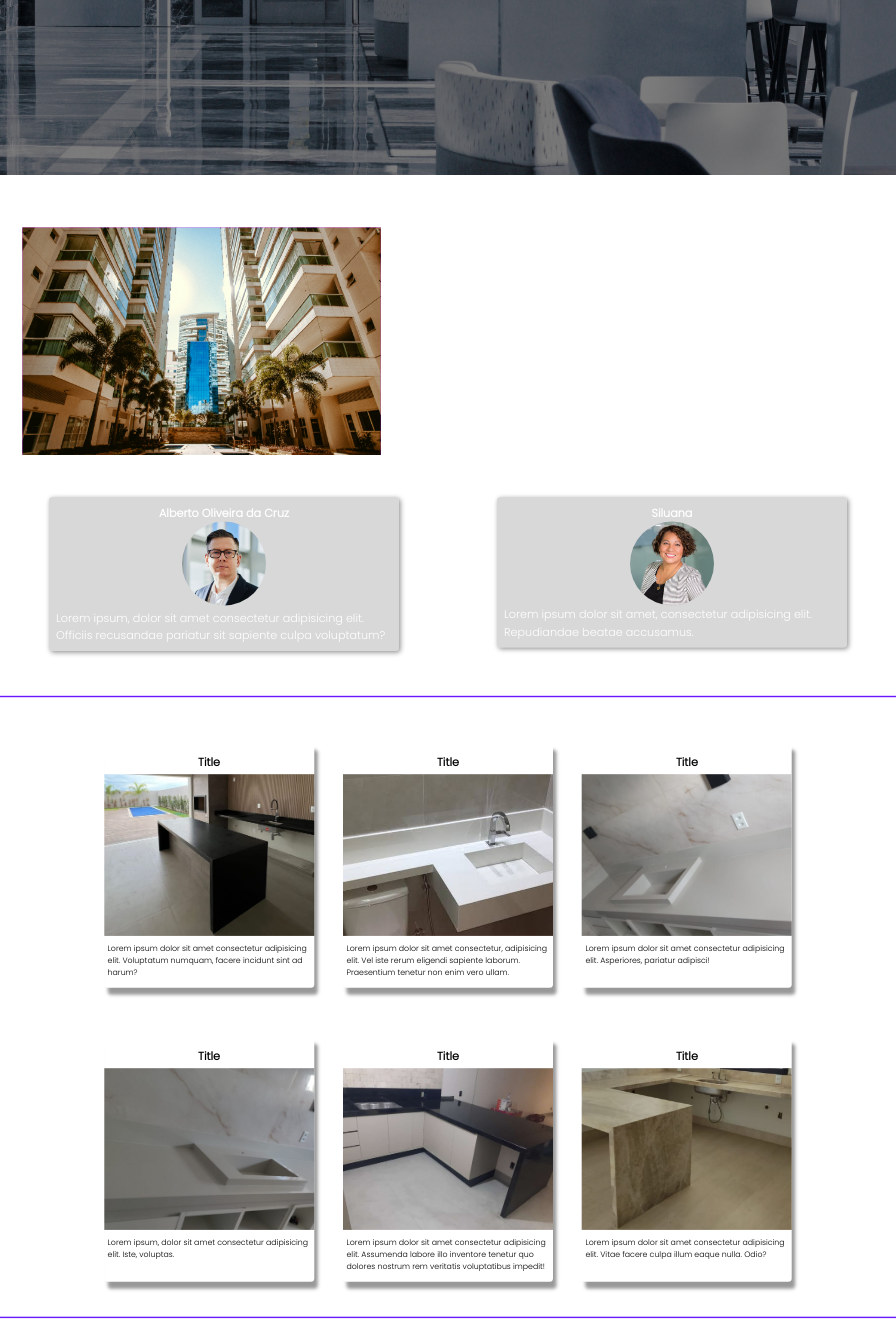
Repository: XFERRER7/projeto-xt7
Page: projetoMarmoraria/index.html
The author's editor kept a copy of each file at every save. The page is drawn from the files as they stood at one save, then again after the next save.
The browser window is 1280 px wide. The pictures show the part of the page from y = 470 to 2390 px (the page is 2979 px tall), at 70% of full size.
Some web libraries are served in a nearby version.

Above is the page before, as saved 2022-05-09 18:22:20.

After the next save:
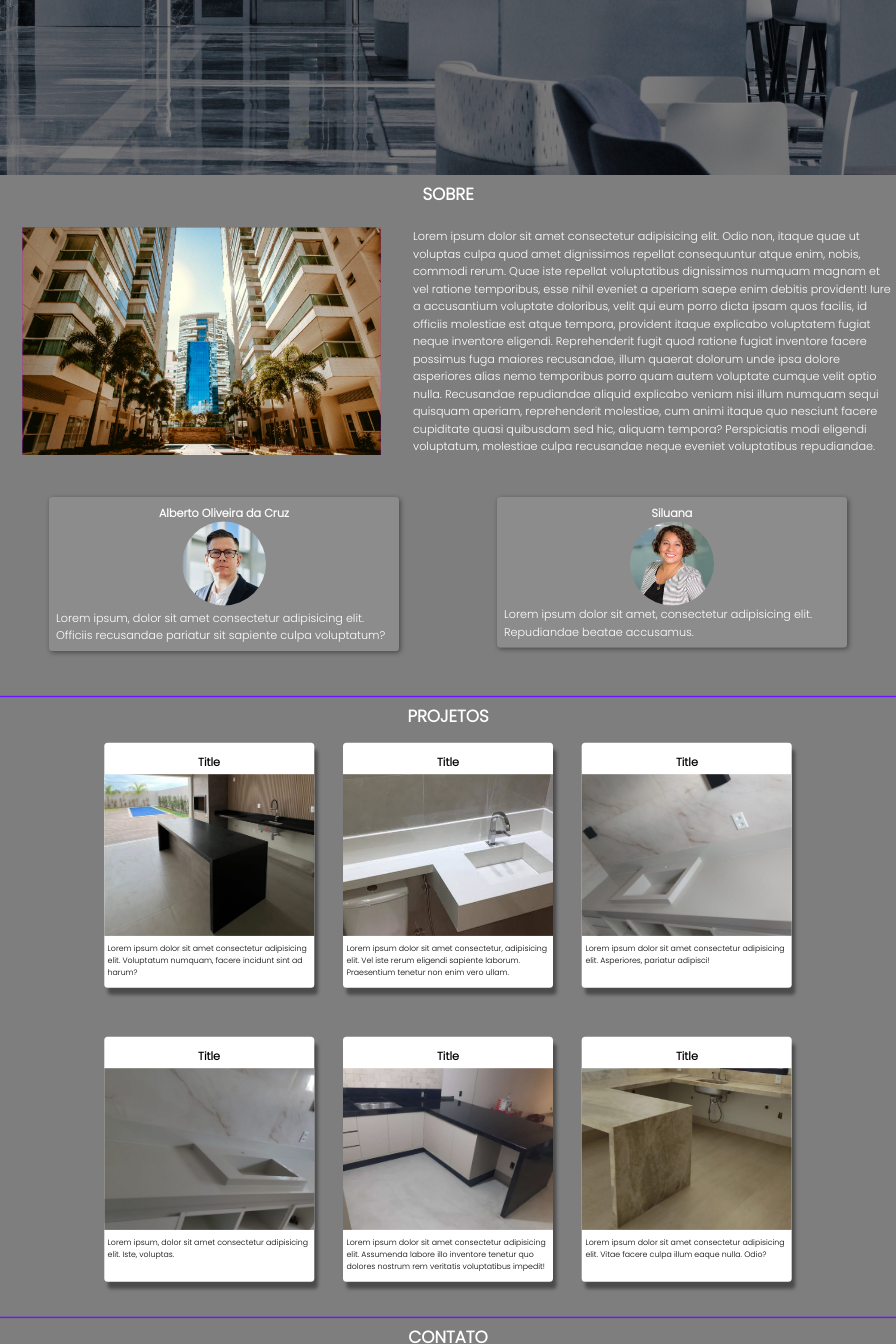
Saved 5 s later.
--- a/projetoMarmoraria/css/style.css
+++ b/projetoMarmoraria/css/style.css
@@ -9,7 +9,7 @@
 }
 
 body {
-  background-color: ##0f0e0e88;
+  background-color: #0f0e0e88;
   color: #ffffff;
 }
 
